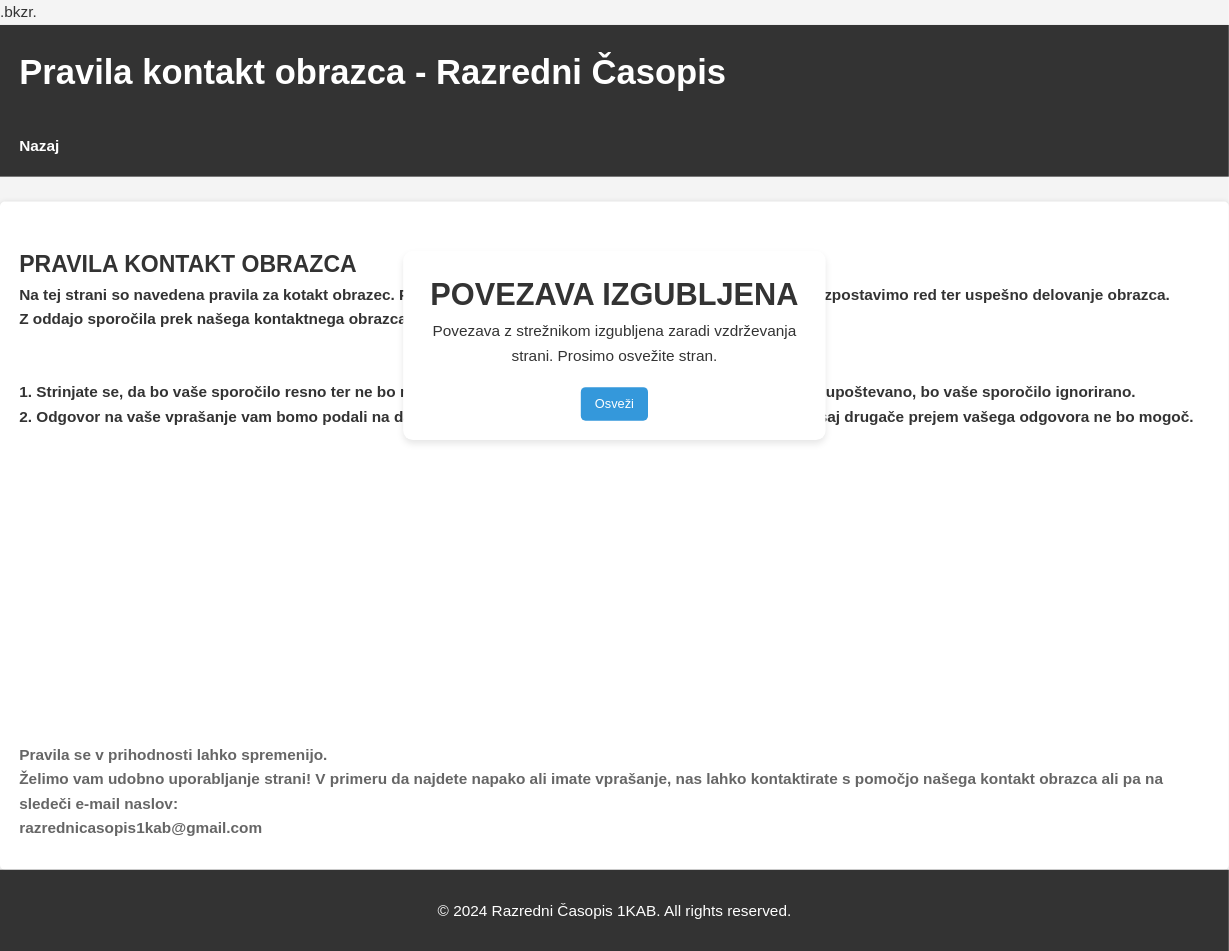
Repository: razrednicasopis/razrednicasopis.github.io
Page: Resources/pravilaobrazcev.html
The author's editor kept a copy of each file at every save. The page is drawn from the files as they stood at one save, then again after a run of saves.
The browser window is 1280 px wide. The pictures show the whole page, at 96% of full size.

Above is the page before, as saved 2024-03-07 09:26:27.
Console error: TypeError: Cannot read properties of null (reading 'addEventListener')

### Resources/pravilaobrazcev.html
<!DOCTYPE html>
    <html>
        <head>
            <meta charset="UTF-8">
            <meta name="viewport" content="width=device-width, initial-scale=1.0">
            <link rel="stylesheet" href="system.css">
            <link rel="stylesheet" href="styless.css">
        </head>
            <title>Pravila kontakt obrazca - Razredni Časopis</title>
            <body>
               .bkzr.

                <header>
                    <h1>Pravila kontakt obrazca - Razredni Časopis</h1><br>
                    <nav>
                      <ul>
                        <li><a href="kontakt.html"><b>Nazaj</b></a></li>
                      </ul>
                    </nav>
                  </header>
                <br>

            <article>
            <br>
            <div class="pravilaobrazca">
                <h1>PRAVILA KONTAKT OBRAZCA</h1>
                <h4>Na tej strani so navedena pravila za kotakt obrazec. Prosimo da jih preberite ter upoštevate, saj lahko le tako vzpostavimo red ter uspešno delovanje obrazca. <br>
                    Z oddajo sporočila prek našega kontaktnega obrazca se samodejno strinjate z naslednjimi pravili: <br><br><br>
                    1. Strinjate se, da bo vaše sporočilo resno ter ne bo mišljeno kot praktična šala. V primeru, da to pravilo ne bo upoštevano, bo vaše sporočilo ignorirano. <br>
                    2. Odgovor na vaše vprašanje vam bomo podali na dani e-mail naslov. Prosimo da je podan e-mail račun vaš, saj drugače prejem vašega odgovora ne bo mogoč. <br><br><br>

                    <div class="pravilaobrazca_opozorilo">
                    Pravila se v prihodnosti lahko spremenijo. <br>
                    Želimo vam udobno uporabljanje strani! V primeru da najdete napako ali imate vprašanje, nas lahko kontaktirate s pomočjo našega kontakt obrazca ali pa na sledeči e-mail naslov: <br>
                    razrednicasopis1kab@gmail.com
                    </div>
            </div>
        </article>

        <footer>
            <p>&copy; 2024 Razredni Časopis 1KAB. All rights reserved.
            </footer>


            <!--Pop-ups and other HTML-->
            <div id="maintenancePopup">
                <div id="maintenancePopupContent">
                  <h1>POVEZAVA IZGUBLJENA</h1>
                  <p>Povezava z strežnikom izgubljena zaradi vzdrževanja strani. Prosimo osvežite stran.</p>
                  <button id="closeMaintenancePopupBtn">Osveži</button>
                </div>
            </div>


        <script src="alerts.js"></script>
        <script src="maintenancemode.js"></script>

            </body>
    </html>

### Resources/system.css
/* Koda za "Coming Soon" pop-up */

#popupContainer {
    display: none;
    position: fixed;
    top: 50%;
    left: 50%;
    transform: translate(-50%, -50%);
    background-color: #ffffff;
    box-shadow: 0 4px 8px rgba(0, 0, 0, 0.1);
    padding: 20px;
    border-radius: 10px;
    text-align: center;
    z-index: top;
  }

  #popupContent {
    max-width: 400px;
    margin: 0 auto;
  }

  #closePopupBtn {
    background-color: #3498db;
    color: #ffffff;
    padding: 10px 15px;
    border: none;
    border-radius: 5px;
    cursor: pointer;
  }

  #closePopupBtn:hover {
      background-color: #4da8e1;
  }

  #showPopupLink {
    display: inline-block;
    padding: 10px 15px;
    color: #ffffff;
    text-decoration: none;
    border-radius: 5px;
    cursor: pointer;
  }

body.popup-open {
   overflow: hidden;
}

.popup-open .blur-container {
  filter: blur(5px); /* Apply blur effect only when popup is open */
  pointer-events: none;
}

#maintenancePopup {
  display: none;
  position: fixed;
  top: 50%;
  left: 50%;
  transform: translate(-50%, -50%);
  background-color: #ffffff;
  box-shadow: 0 4px 8px rgba(0, 0, 0, 0.1);
  padding: 20px;
  border-radius: 10px;
  text-align: center;
  z-index: 999;
}

#maintenancePopupContent {
  max-width: 400px;
  margin: 0 auto;
}

#closeMaintenancePopupBtn {
  background-color: #3498db;
  color: #ffffff;
  padding: 10px 15px;
  border: none;
  border-radius: 5px;
  cursor: pointer;
  margin-top: 20px;
}

#closeMaintenancePopupBtn:hover {
  background-color: #4da8e1;
}

/* Koda za "Kontakt" obrazec */

#contactform {
    align-self: center;
    }

    .formcontainer {
      text-align: center;
      margin-top: 50px;
      display: flex;
      justify-content: center;
      align-items: flex-start; /* Align items at the top */
  }

  .border-box {
      display: inline-block;
      padding: 20px;
      width: 550px;
      height: 500px;
      border: 5px solid #333; /* Set your desired border color */
      border-radius: 30px; /* Set the border radius for slightly curved corners */
      background-color: #333; /* Set your desired background color inside the border */
  }

  form input,
form textarea {
    width: calc(100% - 40px); /* Adjusted width with a bit of padding on each side */
    padding: 10px; /* Increased padding for better readability */
    margin-bottom: 5px; /* Increased spacing between input areas */
    margin-top: 25px; /* Move input areas slightly lower */
    height: 40px; /* Increased height to make input areas bigger */
}

form select{
width: calc(100% - 40px); /* Adjusted width with a bit of padding on each side */
padding: 10px; /* Increased padding for better readability */
margin-bottom: 5px;
margin-top: 20px; /* Move input areas slightly lower */
height: 40px; /* Height of input areas */
border: 1px solid #ccc; /* Border style */
border-radius: 5px; /* Border radius */
font-size: 16px; /* Font size */
}

form textarea {
  height: 120px;
}

/* Form Submit Button Styles */

/* Your existing CSS code */
/* Koda za "Coming Soon" pop-up */

#popupContainer {
  display: none;
  position: fixed;
  top: 50%;
  left: 50%;
  transform: translate(-50%, -50%);
  background-color: #ffffff;
  box-shadow: 0 4px 8px rgba(0, 0, 0, 0.1);
  padding: 20px;
  border-radius: 10px;
  text-align: center;
  z-index: top;
}


#popupContent {
  max-width: 400px;
  margin: 0 auto;
}

#closePopupBtn {
  background-color: #3498db;
  color: #ffffff;
  padding: 10px 15px;
  border: none;
  border-radius: 5px;
  cursor: pointer;
}

#closePopupBtn:hover {
    background-color: #4da8e1;
}

#showPopupLink {
  display: inline-block;
  padding: 10px 15px;
  color: #ffffff;
  text-decoration: none;
  border-radius: 5px;
  cursor: pointer;
}

body.popup-open {
 overflow: hidden;
}

body.blur {
filter: blur(5px);
pointer-events: none;
z-index: 1;
}

/* Koda za "Kontakt" obrazec */

#contactform {
  align-self: center;
}

.formcontainer {
  text-align: center;
  margin-top: 50px;
  display: flex;
  justify-content: center;
  align-items: flex-start; /* Align items at the top */
}

.border-box {
  display: inline-block;
  padding: 20px;
  width: 550px;
  height: 500px;
  border: 5px solid #333; /* Set your desired border color */
  border-radius: 30px; /* Set the border radius for slightly curved corners */
  background-color: #333; /* Set your desired background color inside the border */
}

form input,
form textarea {
  width: calc(100% - 40px); /* Adjusted width with a bit of padding on each side */
  padding: 10px; /* Increased padding for better readability */
  margin-bottom: 5px; /* Increased spacing between input areas */
  margin-top: 25px; /* Move input areas slightly lower */
  height: 40px; /* Increased height to make input areas bigger */
}

form select{
width: calc(100% - 40px); /* Adjusted width with a bit of padding on each side */
padding: 10px; /* Increased padding for better readability */
margin-bottom: 5px;
margin-top: 20px; /* Move input areas slightly lower */
height: 40px; /* Height of input areas */
border: 1px solid #ccc; /* Border style */
border-radius: 5px; /* Border radius */
font-size: 16px; /* Font size */
}

form textarea {
height: 120px;
}

/* Combined CSS for Blob Button */

*, *:before, *:after {
  box-sizing: border-box;
  margin: 0;
  padding: 0;
}

.buttons {
  margin-top: 2 0px;
  text-align: center;
  border-radius: 30px;
}

.blob-btn {
  z-index: 1;
  position: relative;
  padding: 20px 150px;
  margin-bottom: 40px;
  margin-top: 10px;
  text-align: center;
  text-transform: uppercase;
  color: #0505A9;
  font-size: 16px;
  font-weight: bold;
  background-color: transparent;
  outline: none;
  border: none;
  transition: color 0.5s;
  cursor: pointer;
  border-radius: 30px;
}
.blob-btn:before {
  content: "";
  z-index: 1;
  position: absolute;
  left: 0;
  top: 0;
  width: 100%;
  height: 100%;
  border: 2px solid #0505A9;
  border-radius: 30px;
}
.blob-btn:after {
  content: "";
  z-index: -2;
  position: absolute;
  left: 3px;
  top: 3px;
  width: 100%;
  height: 100%;
  transition: all 0.3s 0.2s;
  border-radius: 30px;
}
.blob-btn:hover {
  color: #FFFFFF;
  border-radius: 30px;
}
.blob-btn:hover:after {
  transition: all 0.3s;
  left: 0;
  top: 0;
  border-radius: 30px;
}
.blob-btn__inner {
  z-index: -1;
  overflow: hidden;
  position: absolute;
  left: 0;
  top: 0;
  width: 100%;
  height: 100%;
  border-radius: 30px;
  background: #ffffff;
}
.blob-btn__blobs {
  position: relative;
  display: block;
  height: 100%;
  filter: url("#goo");
}
.blob-btn__blob {
  position: absolute;
  top: 2px;
  width: 30%;
  height: 100%;
  background: #0505A9;
  border-radius: 100%;
  transform: translate3d(0, 150%, 0) scale(1.7);
  transition: transform 0.45s;
}
@supports (filter: url("#goo")) {
  .blob-btn__blob {
    transform: translate3d(0, 150%, 0) scale(1.4);
  }
}
.blob-btn__blob:nth-child(1) {
  left: 0%;
  transition-delay: 0s;
}
.blob-btn__blob:nth-child(2) {
  left: 30%;
  transition-delay: 0.08s;
}
.blob-btn__blob:nth-child(3) {
  left: 60%;
  transition-delay: 0.16s;
}
.blob-btn__blob:nth-child(4) {
  left: 90%;
  transition-delay: 0.24s;
}
.blob-btn:hover .blob-btn__blob {
  transform: translateZ(0) scale(1.7);
}

/* Define the keyframes for the pulse effect */
@keyframes pulse {
  0% {
    box-shadow: 0 0 0 0 rgba(255, 255, 255, 0.7); /* Initial box shadow color, adjust to match button color */
  }
  50% {
    box-shadow: 0 0 0 20px rgba(255, 255, 255, 0); /* Intermediate box shadow color */
  }
  100% {
    box-shadow: 0 0 0 0 rgba(255, 255, 255, 0); /* Final box shadow color */
  }
}

/* Apply the animation to the button when it's clicked or focused */
.blob-btn:active, .blob-btn:focus {
  animation: pulse 0.3s ease-in-out; /* Adjust the duration to control the pulse speed */
}

@supports (filter: url("#goo")) {
  .blob-btn:hover .blob-btn__blob {
    transform: translateZ(0) scale(1.5);
  }
}

/* CSS za uro */

.clock {
  display: flex;
  font-size: 3em;
}


/*CSS za vse stranske nav skupine razen za glavno */

.seznamvsebin {
  display: inline-block;
  vertical-align: bottom;
  width: calc(20% - 4px); /* Adjust width to accommodate border */
  box-sizing: border-box;
  margin: 40px;
  border: 3px solid #000; /* Border thickness */
  height: 750px; /* Set desired height */
  /* Additional styling for seznamvsebin if needed */
  background-color: #f2f2f2;

}

.seznamvsebin nav {
    justify-content: center;
    padding: 30px;

}

.seznamvsebin nav a {
      display: inline-block;
      padding: 5px 10px;
      color: #000000;
      text-align: center;
      text-decoration: none;
      margin-bottom: 5px;
      border: 2px, transparent;
      border-radius: 5px;
      transition: linear, border 0.1s linear;
      font-weight: bold;
}


.seznamvsebin nav a:hover {
    background-color: #e0e0e0;
    border: 2px solid #000000
}

.NoviceContent {
  float: right; /* Align to the right */
  width: calc(80% - 250px); /* Adjusted width */
  box-sizing: border-box;
  margin-top: 100px;
}

.NoviceContent p {
  margin-bottom: 20px;
}

/* Pravila Obrazca CSS */

.pravilaobrazca {
  height: 630px;
}

.pravilaobrazca_opozorilo {
  margin-top: 275px; /* Keeps this div at the bottom */
  color: #666; /* Change text color if desired */
}

/* Random CSS */

/* CSS for the admin credits list */

.creditscontainer {
  display: flex;
  flex-wrap: wrap;
}

.creditslist {
  flex: 1;
  margin: 10px;
  padding: 0;
  list-style-type: none;
}

.creditslist li {
  margin-bottom: 5px;
}

### Resources/styless.css
* {
  margin: 0;
  padding: 0;
  box-sizing: border-box;
}

/* Globalni slogi */
body {
  font-family: Arial, sans-serif;
  line-height: 1.6;
  background-color: #f4f4f4;
  color: #333;
  margin: 0;
  padding: 0;
  max-height: 100vh;
}


.container {
    text-align: center;
    margin-top: 50px;
}

.border-box {
    display: inline-block;
    padding: 200px;
    width: 550px;
    height: 500px;
    border: 5px solid #333; /* Set your desired border color */
    border-radius: 30px; /* Set the border radius for slightly curved corners */
    background-color: #333; /* Set your desired background color inside the border */
}

header {
  background: #333;
  color: #fff;
  padding: 20px;
}

header h1 {
  margin-bottom: 10px;
  font-size: 36px;
}

nav ul {
  list-style: none;
}

nav ul li {
  display: inline;
  margin-right: 20px;
}

nav ul li a {
  color: #fff;
  text-decoration: none;
}

main {
  padding: 20px;
}

section {
  margin-bottom: 30px;
}

section h2 {
  margin-bottom: 15px;
}

article {
  background: #fff;
  padding: 20px;
  border-radius: 5px;
  box-shadow: 0 0 5px rgba(0, 0, 0, 0.1);
}

article h3 {
  margin-bottom: 10px;
}

article p {
  color: #666;
}

article a {
  display: inline-block;
  margin-top: 10px;
  text-decoration: none;
  color: #333;
  border-bottom: 1px solid #333;
  padding-bottom: 2px;
}

article a:hover {
  color: #000;
  border-color: #000;
}



footer {
  text-align: center;
  padding: 30px;
  background-color: #333;
  color: #fff;
  position: absolute;
  bottom: auto;
  width: 100%;
  text-align: center;
}

### Resources/alerts.js
 document.addEventListener('DOMContentLoaded', function () {
        document.querySelectorAll('.showPopupLink').forEach(function (link) {
            link.addEventListener('click', function (event) {
                event.preventDefault();
                document.getElementById('popupContainer').style.display = 'block';
                document.body.classList.add('popup-open');
            });
        });

        document.getElementById('closePopupBtn').addEventListener('click', function () {
            document.getElementById('popupContainer').style.display = 'none';
            document.body.classList.remove('popup-open');
        });
    });

    //Maintenance mode pop-up

    document.addEventListener('DOMContentLoaded', function ()  {
        function toggleMaintenancePopup(show) {
            var maintenancePopup = document.getElementById('maintenancePopup');
            if (maintenancePopup) {
                maintenancePopup.style.display = show ? 'block' : 'none';
                document.body.classList.toggle('popup-open', show);
                console.log(Error);
            }
        }


    function checkMaintenanceStatus() {
        setInterval(function () {


            toggleMaintenancePopup(maintenanceMode);

        }, 1000);
    }

    document.getElementById('closeMaintenancePopupBtn').addEventListener('click', function ()  {
        location.reload();
    });

    checkMaintenanceStatus();
});

### Resources/maintenancemode.js
var maintenanceMode = true;

After the next 2 saves:
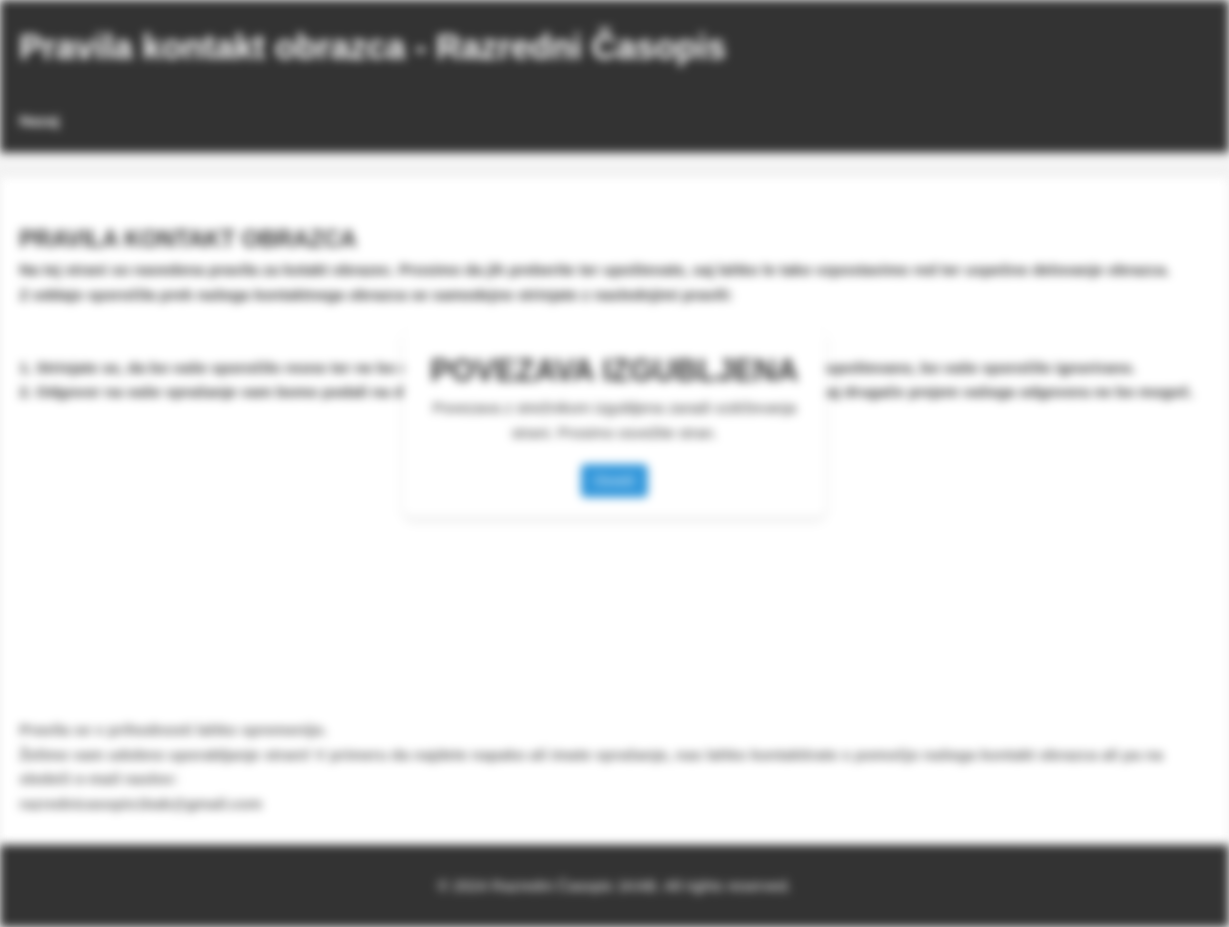
The 2 saves are shown as one change because they came seconds apart.
The last was saved 8 s later.
--- a/Resources/pravilaobrazcev.html
+++ b/Resources/pravilaobrazcev.html
@@ -8,7 +8,7 @@
         </head>
             <title>Pravila kontakt obrazca - Razredni Časopis</title>
             <body>
-               .bkzr.
+               <div class="blur-container">
 
                 <header>
                     <h1>Pravila kontakt obrazca - Razredni Časopis</h1><br>
